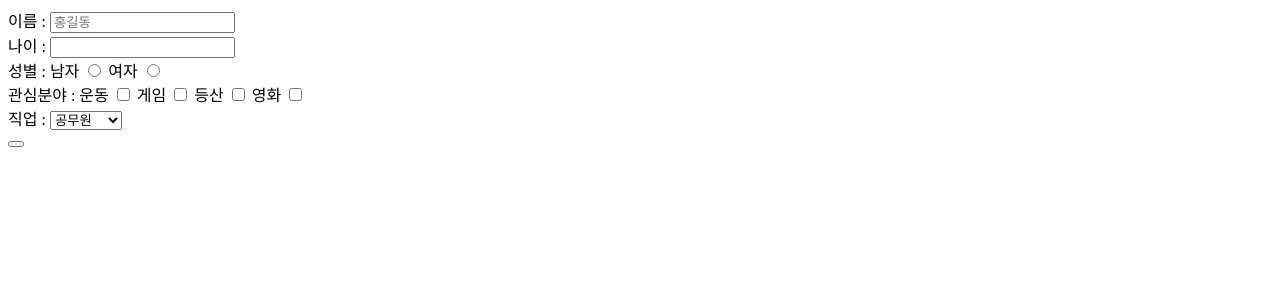
Repository: LEENYAMNYAM/JSP
Page: http://localhost/JSP_Project/exam/forminput_jquery.jsp
The author's editor kept a copy of each file at every save. The page is drawn from the files as they stood at one save, then again after the next save.
The browser window is 1280 px wide. The pictures show the whole page.
The page is served by Tomcat 9.

Above is the page before, as saved 2025-02-27 05:06:52.

After the next save:
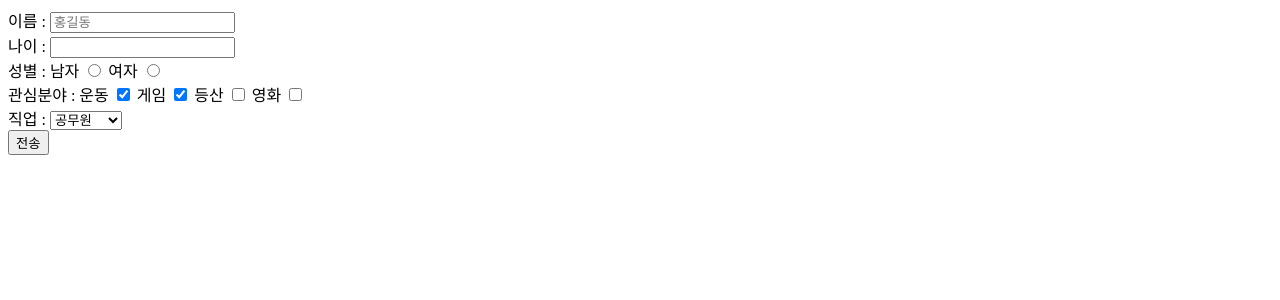
Saved 68 s later.
--- a/JSP_Project/src/main/webapp/exam/forminput_jquery.jsp
+++ b/JSP_Project/src/main/webapp/exam/forminput_jquery.jsp
@@ -11,10 +11,10 @@
 <form>
 이름 : <input type="text" id="name" name="name" placeholder="홍길동"></br>
 나이 : <input type="number" id="age" name="age"></br>
-성별 : 남자 <input type="radio" id="man">
+성별 : 남자 <input type="radio" id="man" value="yes">
 	  여자 <input type="radio" id="woman"></br>
-관심분야 : 운동 <input type="checkbox">
-		 게임 <input type="checkbox">
+관심분야 : 운동 <input type="checkbox" checked>
+		 게임 <input type="checkbox" checked>
 		 등산 <input type="checkbox">
 		 영화 <input type="checkbox"></br>
 직업 : <select>
@@ -24,7 +24,7 @@
 	  	<option value="학생">학생</option>
 	  </select> </br>
 
-<button type="button"> </button>
+<button type="button"> 전송 </button>
 
 
 
